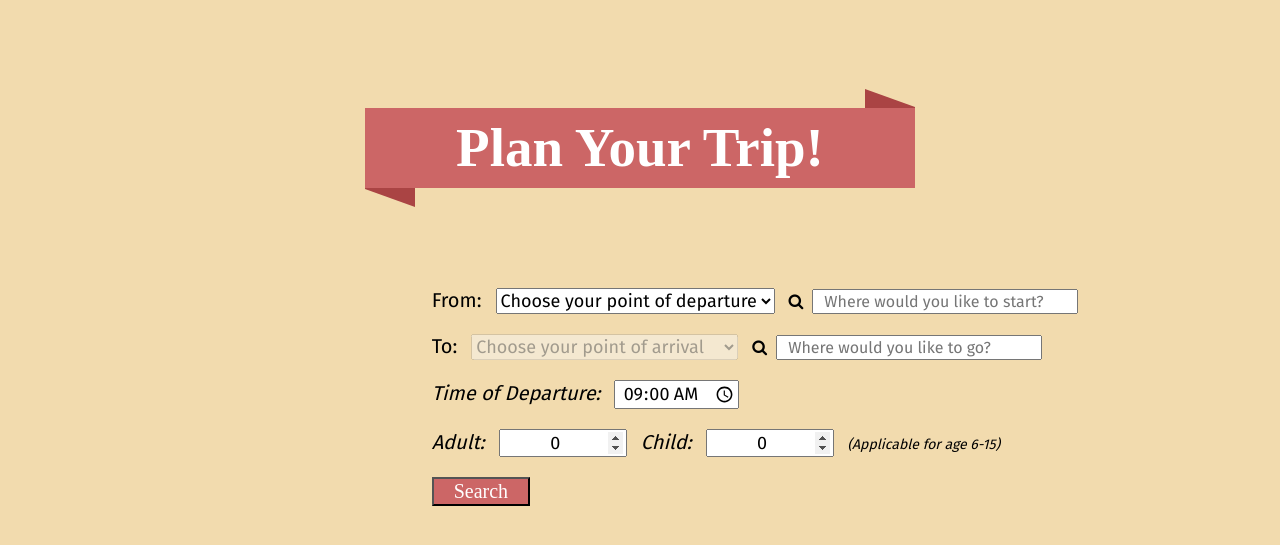
Repository: bbh0607/bae_dNation
Page: public/index.html
These files come from the project's save history. The page is drawn as it stood at one moment and after the next save; the edit follows.
The browser window is 1280 px wide. The pictures show the whole page.
Some web fonts or font styles are not loaded; a fallback is used.

Above is the page before, as saved 2020-02-01 15:44:03.

### public/index.html
<!DOCTYPE html>
<html lang="en">
  <head>
    <meta charset="UTF-8" />
    <link rel="stylesheet" type="text/css" href="./css/style.css" />
    <link rel="stylesheet" href="https://fonts.googleapis.com/css?family=Fira+Sans">
    <link rel="stylesheet" href="https://cdnjs.cloudflare.com/ajax/libs/font-awesome/4.7.0/css/font-awesome.min.css">
    <script src="js/script.js"></script>
    <title>My Website</title>
  </head>
  <body>
    <h1>Plan Your Trip!</h1>
    <form action="result.html" method="POST">
      <ul>
        <li>
          <label for="from">From:</label>
          <select id="fromSelect" name="from" onchange="removeDuplicate(this)" required>
            <option value="DEFAULT" selected disabled hidden>Choose your point of departure</option>
            <option value="KLIA">KLIA (KL International Airport)</option>
            <option value="KLIA2">KLIA2 (Airport Terminal 2)</option>
            <option value="SENTRAL">KL Sentral</option>
            <option value="OTHER">Other..</option>
          </select>
          <i>
            <i class="fa fa-search icon"></i>
            <input type="text" name="search" placeholder="Where would you like to start?">
          </i>
        </li>
        <li>
          <label for="to">To:</label>
          <select id="toSelect" name="to" onchange="removeDuplicate(this)" disabled required>
            <option value="DEFAULT" selected disabled hidden>Choose your point of arrival</option>
            <option value="KLIA">KLIA (KL International Airport)</option>
            <option value="KLIA2">KLIA2 (Airport Terminal 2)</option>
            <option value="SENTRAL">KL Sentral</option>
            <option value="OTHER">Other..</option>
          </select>
          <i>
            <i class="fa fa-search icon"></i>
            <input type="text" name="search" placeholder="Where would you like to go?">
          </div>
        </li>
        <li>
          <label for="deptime">Time of Departure:</label>
          <input type="time" id="deptime" name="deptime" value="09:00" required>
        </li>
        <li>
          <label for="adult">Adult:</label>
          <input type="number" id="adult" name="adult" value="0" min='0' required>
          <label for="child">Child:</label>
          <input type="number" id="child" name="child" value="0" min='0' required>
          <small>(Applicable for age 6-15)</small>
        </li>
        <li>
          <input type="submit" value="Search">
        </li>
      </ul>
    </form a>
  </body>
</html>

### public/css/style.css
/* body {
  background-color: aquamarine;
} */

@import url(https://fonts.googleapis.com/css?family=Patua+One);

body {
  background-color:#F2DBAE;
  align-content: center;
}

h1 {
  background-color:#c66;
  width:550px; height:80px;
  line-height:80px;
  font-size:55px;
  text-align:center;
  position:relative;
  margin:100px auto;
  font-family: 'Patua One', cursive;
  color:#fff;
  }

h1:before, h1:after {
  background-color:#a44;
  width:50px; height:80px;
  content:'';
  display:block;
  transform:skewY(20deg);
  position:absolute;
  z-index:-1;
}

h1:before {top:10px; left:0; }
h1:after {top:-10px; right:0; }

label {
  font-size: 20px;
  font-family: "Fira Sans", sans-serif;
  margin-right: 10px;
}

ul {
  list-style-type: none;
  justify-self: center;
  margin-left: 200px;
}

li {
  margin-top: 20px;
}

select {
  font-family: "Fira Sans", sans-serif;
  font-size: 18px;
  margin-right: 10px;
}

input[type="submit"]{
  background-color: #c66;
  color: #fff;
  font-size: 20px;
  font-family: 'Patua One', cursive;
  padding-left: 20px;
  padding-right: 20px;
}

input[type="time"], input[type="number"]{
  width: 120px;
  text-align: center;
  font-family: "Fira Sans", sans-serif;
  font-size: 18px;
  margin-right: 10px;
}

input[type="text"] {
  width: 250px;
  font-family: "Fira Sans", sans-serif;
  font-size: 16px;
  margin-right: 10px;
  padding-left: 10px;
}

small {
  font-family: "Fira Sans", sans-serif;
  font-size: 14px;
}

input[type='number']::-webkit-inner-spin-button,
input[type='number']::-webkit-outer-spin-button {
    opacity: 1;
}

input[type='time']::-webkit-inner-spin-button,
input[type='time']::-webkit-outer-spin-button {
    opacity: 1;
}

.icon{
  margin-right: 5px;
}

### public/js/script.js
function removeDuplicate(element) {
    const changedId = element.id;
    const comparisonId = changedId == 'fromSelect'? 'toSelect': 'fromSelect';
    const changed = document.getElementById(changedId);
    const compare = document.getElementById(comparisonId)
    if (
      changed.options[changed.selectedIndex].value ==
      compare.options[compare.selectedIndex].value
    ) compare.value="DEFAULT"
    document.getElementById(comparisonId).disabled = false;
}

After the next save:
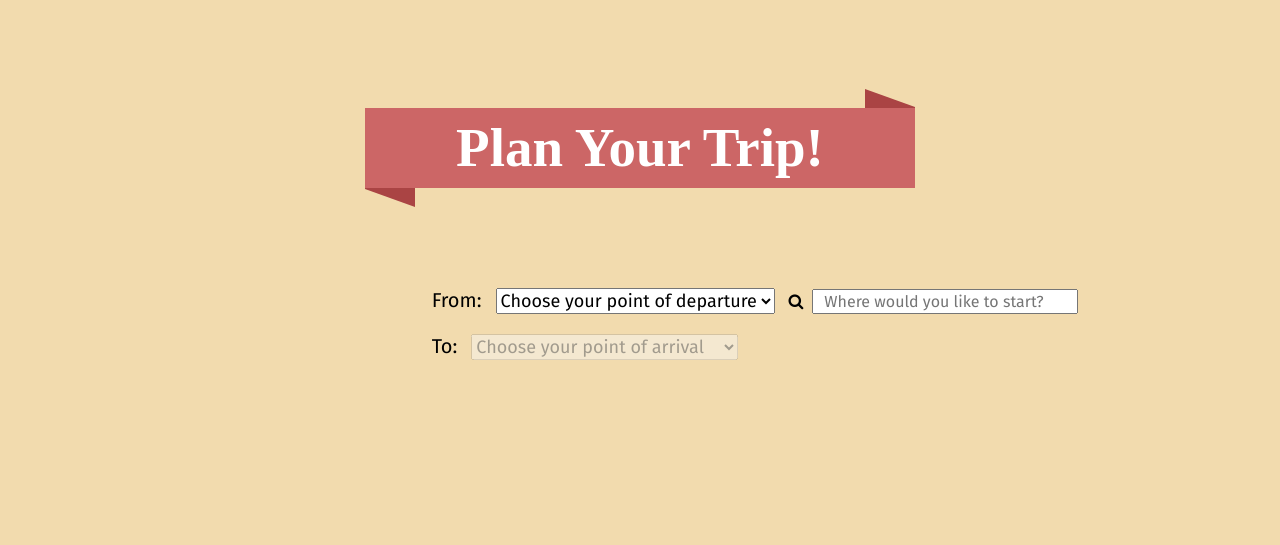
Saved 22 s later.
--- a/public/index.html
+++ b/public/index.html
@@ -35,7 +35,7 @@
             <option value="SENTRAL">KL Sentral</option>
             <option value="OTHER">Other..</option>
           </select>
-          <i>
+          <i hidden>
             <i class="fa fa-search icon"></i>
             <input type="text" name="search" placeholder="Where would you like to go?">
           </div>
